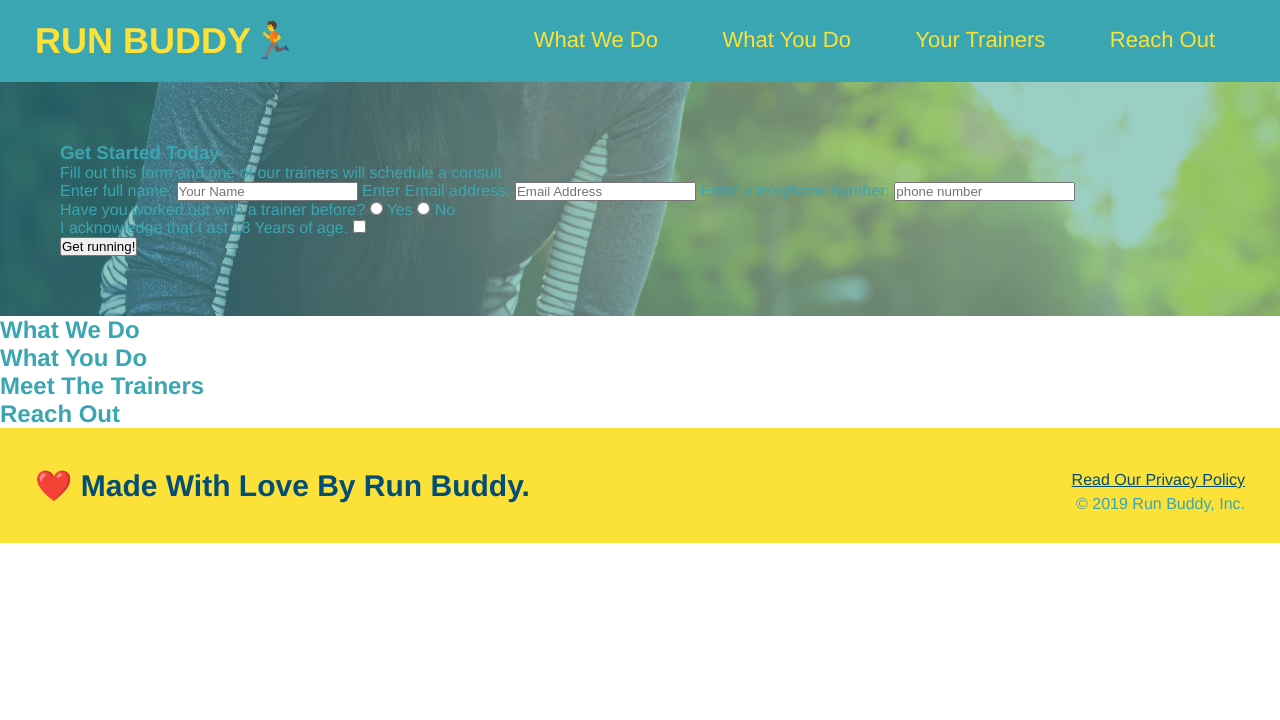
Repository: pilar122/run-buddy
Page: index.html
These files come from the project's save history. The page is drawn as it stood at one moment and after the next save; the edit follows.
The browser window is 1280 px wide. The pictures show the whole page.

Above is the page before, as saved 2023-01-21 11:58:44.

After the next save:
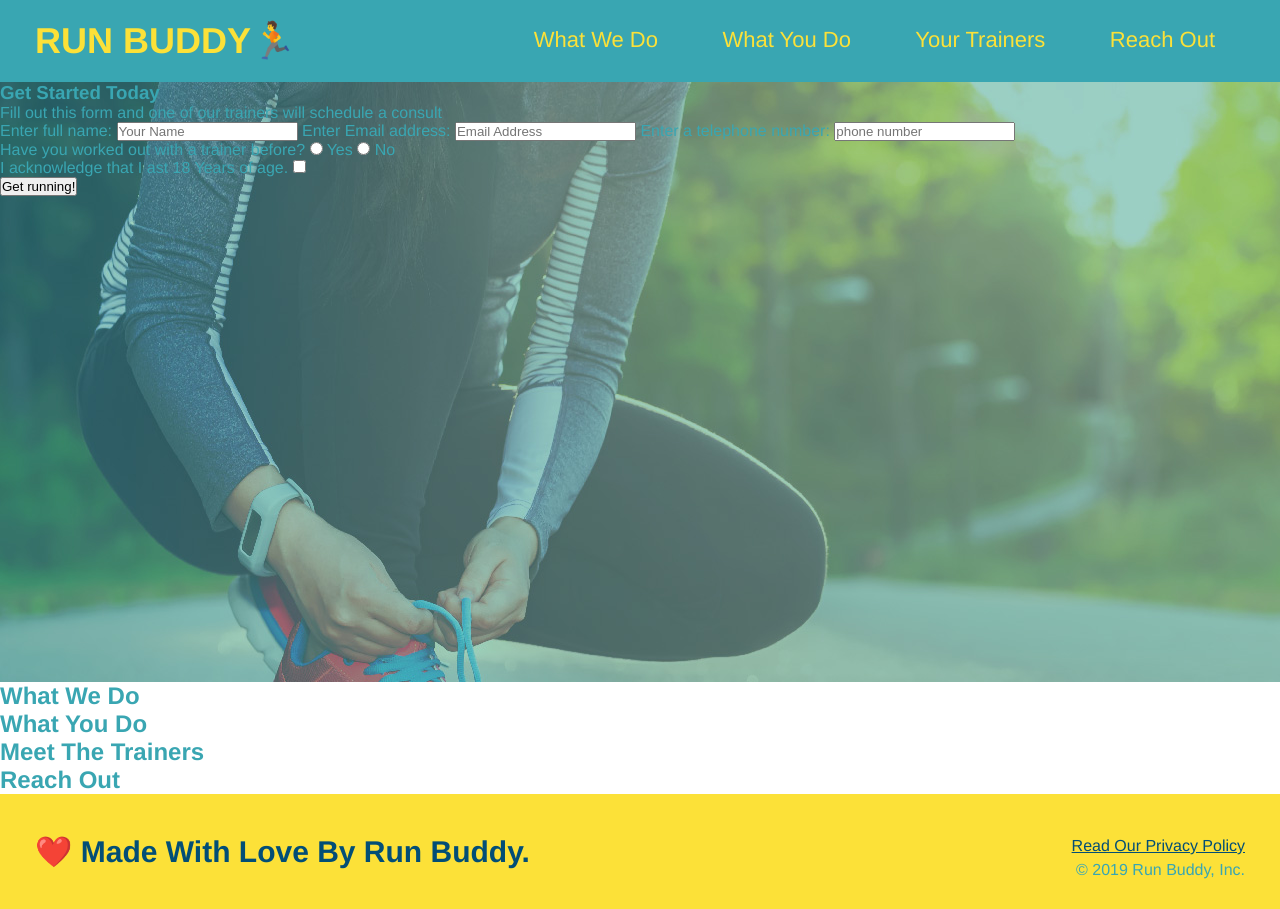
Saved 62 s later.
--- a/assets/css/style.css
+++ b/assets/css/style.css
@@ -70,6 +70,7 @@ footer a {
 
 /*Hero style start*/
 .hero {
-    padding:60px;
     background-image: url("../images/hero-bg.jpeg");
+    height: 600px;
 }
+/*hero style end*/
